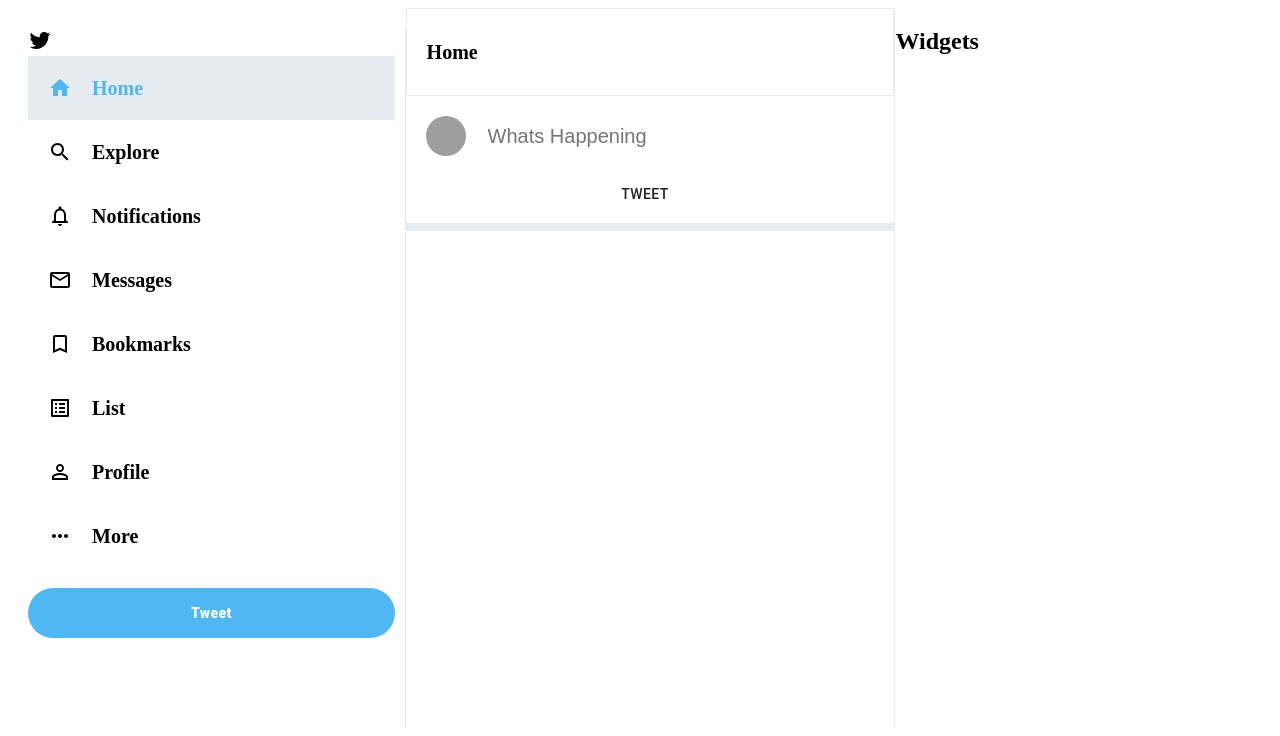
Repository: shehriyarnadeem/twitter-clone
Page: /
These files come from the project's save history. The page is drawn as it stood at one moment and after the next save; the edit follows.
The browser window is 1280 px wide. The pictures show the whole page.
Pictures or frames that could not be fetched are drawn as grey boxes. The project was rebuilt for these pictures with package versions that can differ from the ones it lists, and the page was loaded fresh each time. Also part of the build but not shown: src/index.css.

Above is the page before, as saved 2020-08-08 23:12:58.

After the next save:
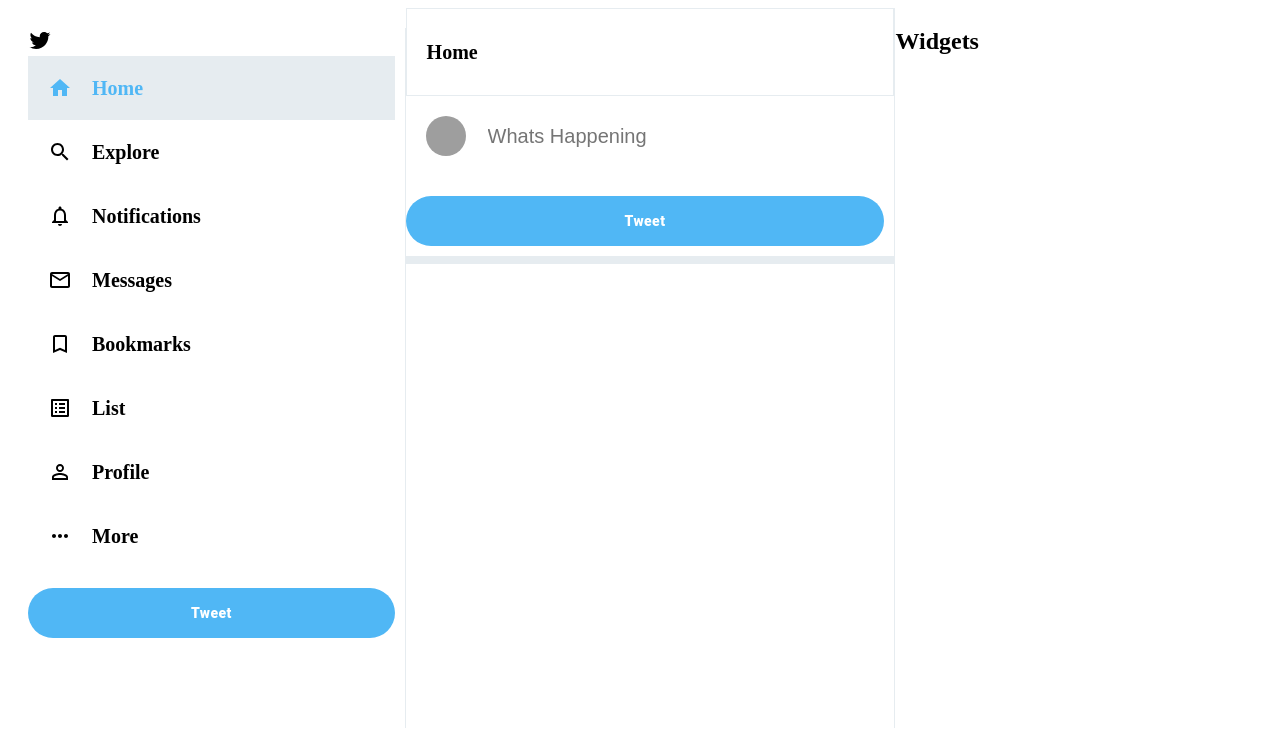
Saved 47 s later.
--- a/src/TweetBox.css
+++ b/src/TweetBox.css
@@ -21,4 +21,13 @@
   border: none;
 }
 
-.tweetBox;
+.tweetBox__tweetButton {
+  background-color: var(--twitter-color) !important;
+  border: none !important;
+  color: white !important;
+  font-weight: 900 !important;
+  text-transform: inherit !important;
+  border-radius: 30px !important;
+  height: 50px;
+  margin-top: 20px !important;
+}
